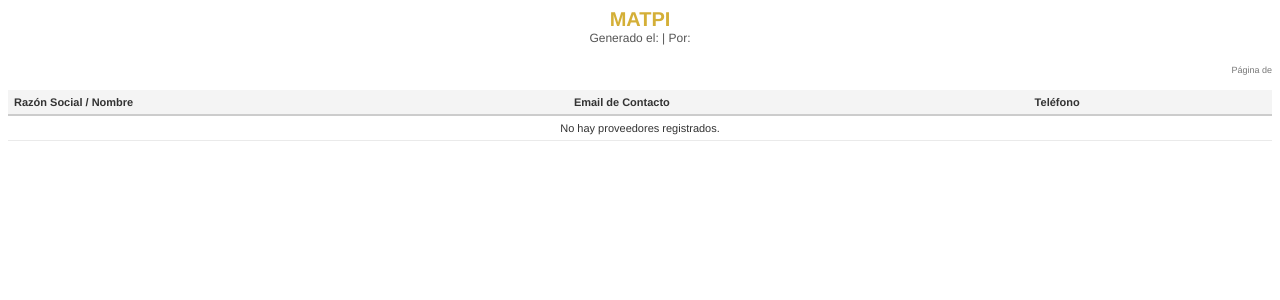
Repository: JuanFelipeNieto/MATPI-Python
Page: MATPI/Usuarios/templates/reportes/pdf_proveedores.html
The author's editor kept a copy of each file at every save. The page is drawn from the files as they stood at one save, then again after the next save.
The browser window is 1280 px wide. The pictures show the whole page.
The template is drawn by Django 4.2. The application's start-up code is not run. Other server files are loaded and not shown. The template is opened directly, without the code that normally fills it, so the values that code supplies are empty.

Above is the page before, as saved 2026-03-25 22:24:37.

### MATPI/Usuarios/templates/reportes/pdf_proveedores.html
{% extends "reportes/base_pdf.html" %}

{% block content %}
<table class="table-data">
    <thead>
        <tr>

            <th>Razón Social / Nombre</th>
            <th>Email de Contacto</th>
            <th class="text-right">Teléfono</th>
        </tr>
    </thead>
    <tbody>
        {% for prov in datos %}
        <tr>

            <td>{{ prov.nombre_proveedor }}</td>
            <td>{{ prov.correo_electronico|default:"N/A" }}</td>
            <td class="text-right">{{ prov.telefono|default:"N/A" }}</td>
        </tr>
        {% empty %}
        <tr><td colspan="3" class="text-center">No hay proveedores registrados.</td></tr>
        {% endfor %}
    </tbody>
</table>
{% endblock %}

### MATPI/Usuarios/templates/reportes/base_pdf.html
<!DOCTYPE html>
<html>
<head>
    <meta charset="utf-8">
    <title>{{ titulo }}</title>
    <style>
        @page {
            size: A4 portrait;
            margin-top: 4.5cm;
            margin-bottom: 2cm;
            margin-left: 1.5cm;
            margin-right: 1.5cm;
            @frame header_frame {
                -pdf-frame-content: header_content;
                left: 1.5cm; right: 1.5cm; top: 1cm; height: 3.5cm;
            }
            @frame footer_frame {
                -pdf-frame-content: footer_content;
                left: 1.5cm; right: 1.5cm; bottom: 0.5cm; height: 1cm;
            }
        }
        body {
            font-family: Helvetica, Arial, sans-serif;
            font-size: 11px;
            color: #333;
        }
        .header { text-align: center; margin-bottom: 20px; }
        .title { color: #d4af37; font-size: 20px; font-weight: bold; margin: 0; padding: 0; }
        .subtitle { color: #555; font-size: 12px; margin: 0; padding: 0; }
        .table-data {
            width: 100%;
            border-collapse: collapse;
            margin-top: 15px;
        }
        .table-data th {
            background-color: #f4f4f4;
            border-bottom: 2px solid #ccc;
            padding: 6px;
            text-align: left;
            font-weight: bold;
        }
        .table-data td {
            border-bottom: 1px solid #eaeaea;
            padding: 6px;
            vertical-align: top;
        }
        .text-right { text-align: right; }
        .text-center { text-align: center; }
    </style>
</head>
<body>
    <div id="header_content" class="header">
        <h1 class="title">MATPI</h1>
        <p class="subtitle">{{ titulo }}</p>
        <p class="subtitle">Generado el: {{ fecha|date:"d/m/Y H:i" }} | Por: {{ vendedor }}</p>
    </div>

    <div id="footer_content" class="text-right" style="font-size: 9px; color: #777;">
        Página <pdf:pagenumber> de <pdf:pagecount>
    </div>

    <div>
        {% block content %}{% endblock %}
    </div>
</body>
</html>

After the next save:
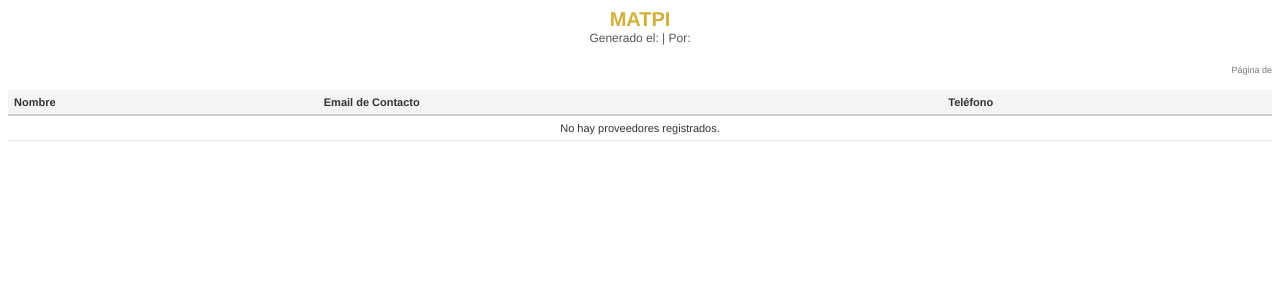
Saved 11 min 11 s later.
--- a/MATPI/Usuarios/templates/reportes/pdf_proveedores.html
+++ b/MATPI/Usuarios/templates/reportes/pdf_proveedores.html
@@ -5,7 +5,7 @@
     <thead>
         <tr>
 
-            <th>Razón Social / Nombre</th>
+            <th>Nombre</th>
             <th>Email de Contacto</th>
             <th class="text-right">Teléfono</th>
         </tr>
